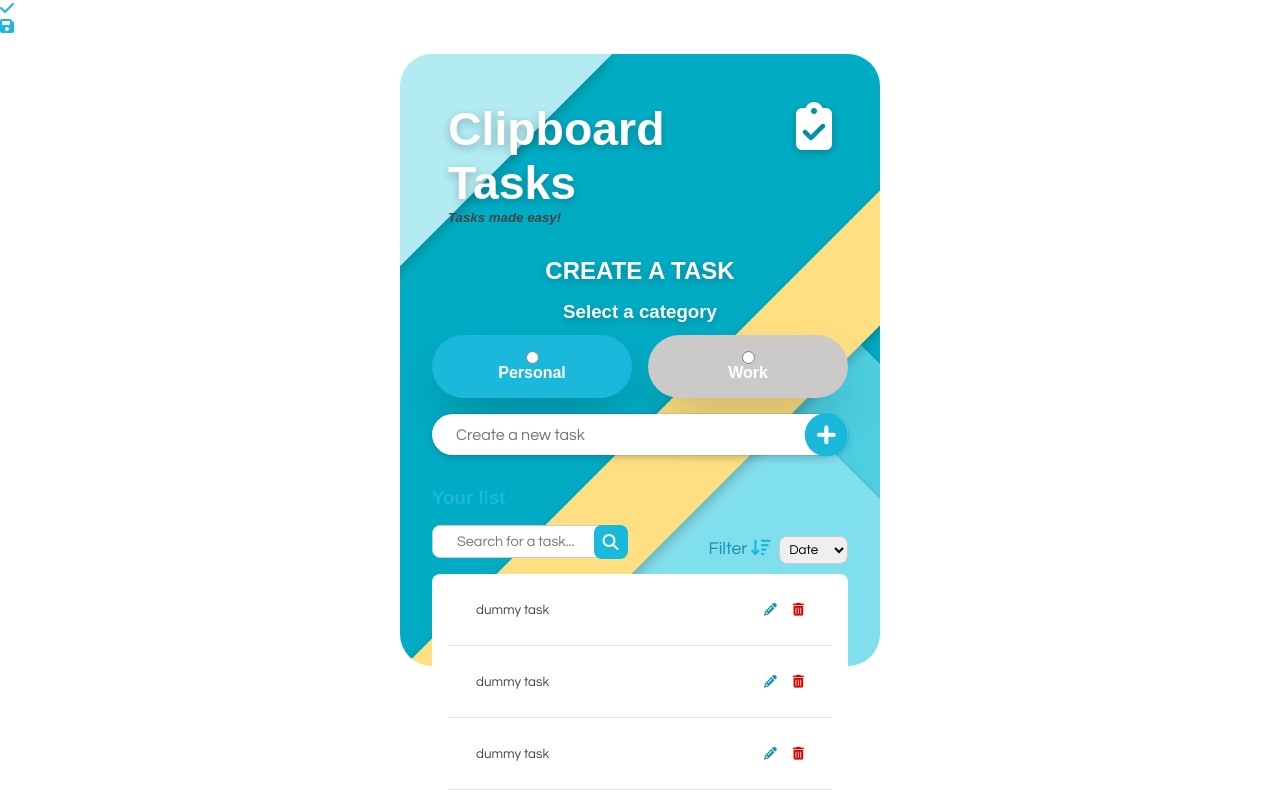
Repository: WesleyErasmus/Todo-App
Page: todoApp.html
An editor plug-in stored every save of this project. The page is shown before and after the next save, followed by the edit.
The browser window is 1280 px wide. The pictures show the whole page.
Some web fonts or font styles are not loaded; a fallback is used. Some web libraries are served in a nearby version.

Above is the page before, as saved 2022-06-12 14:07:17.

After the next save:
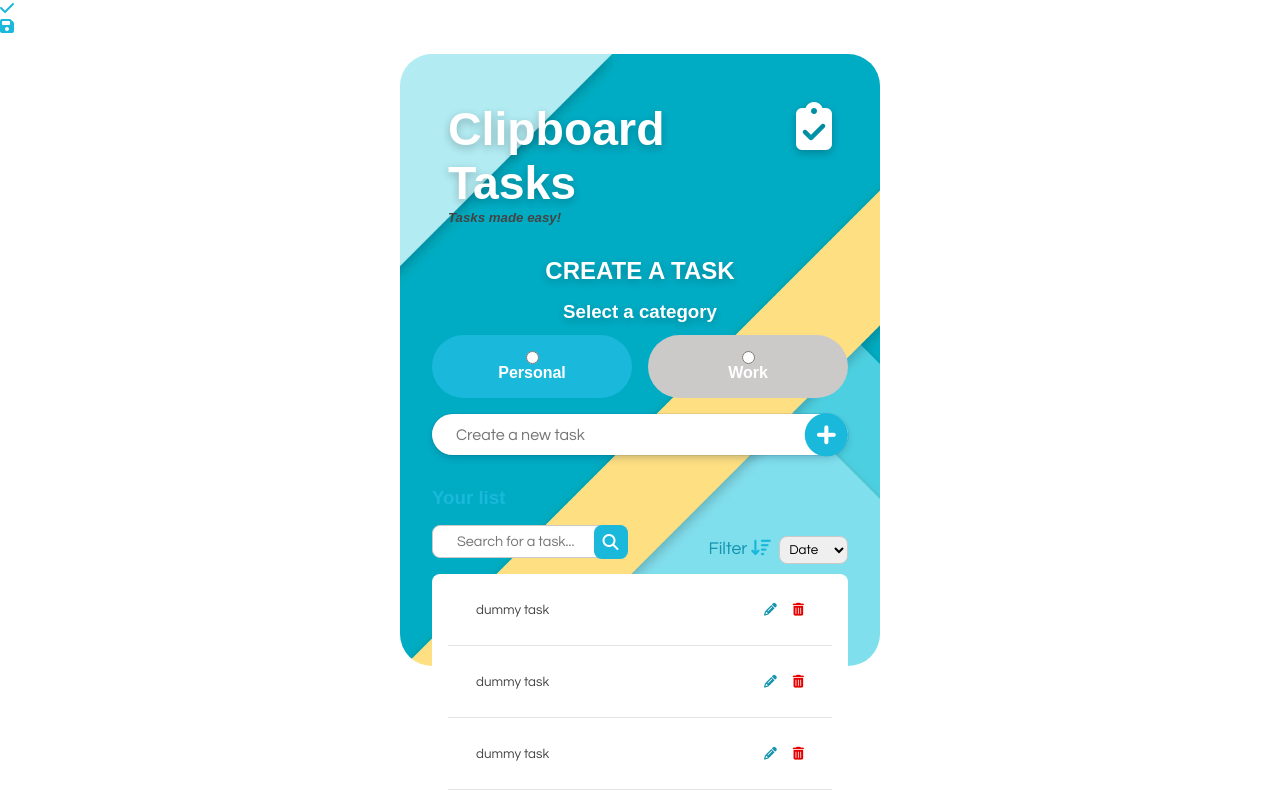
Saved 34 s later.
--- a/source/css/todoApp.css
+++ b/source/css/todoApp.css
@@ -137,7 +137,7 @@
     padding: 1rem 2rem;
     border-radius: 999999px;
     color: #fff;
-    box-shadow: rgba(0, 0, 0, 0.25) 0px 25px 50px -12px;
+    box-shadow: var(--box-shadows);
 }
 
 /* change the below id to #work-category-btn */

After the save that followed:
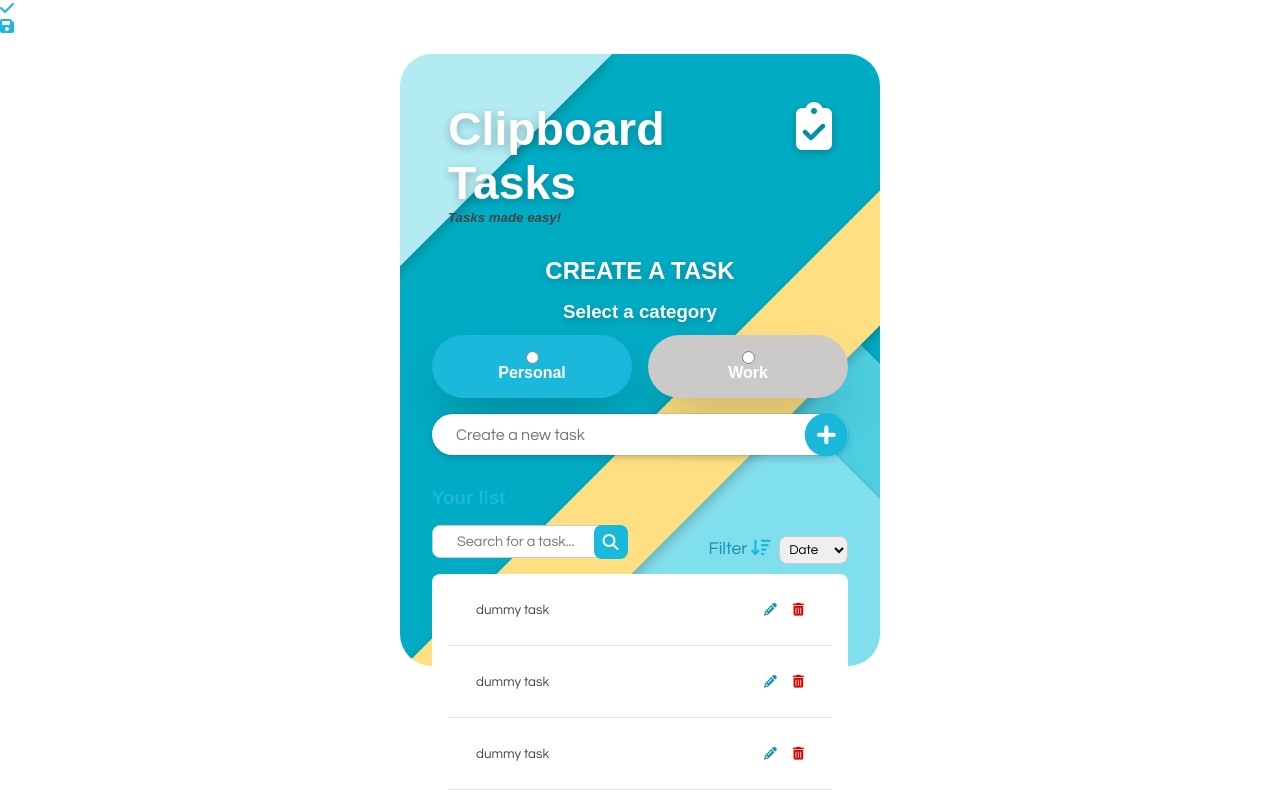
Saved 11 s later.
--- a/source/css/todoApp.css
+++ b/source/css/todoApp.css
@@ -137,7 +137,7 @@
     padding: 1rem 2rem;
     border-radius: 999999px;
     color: #fff;
-    box-shadow: var(--box-shadows);
+    box-shadow: rgba(0, 0, 0, 0.25) 0px 25px 50px -12px;
 }
 
 /* change the below id to #work-category-btn */
